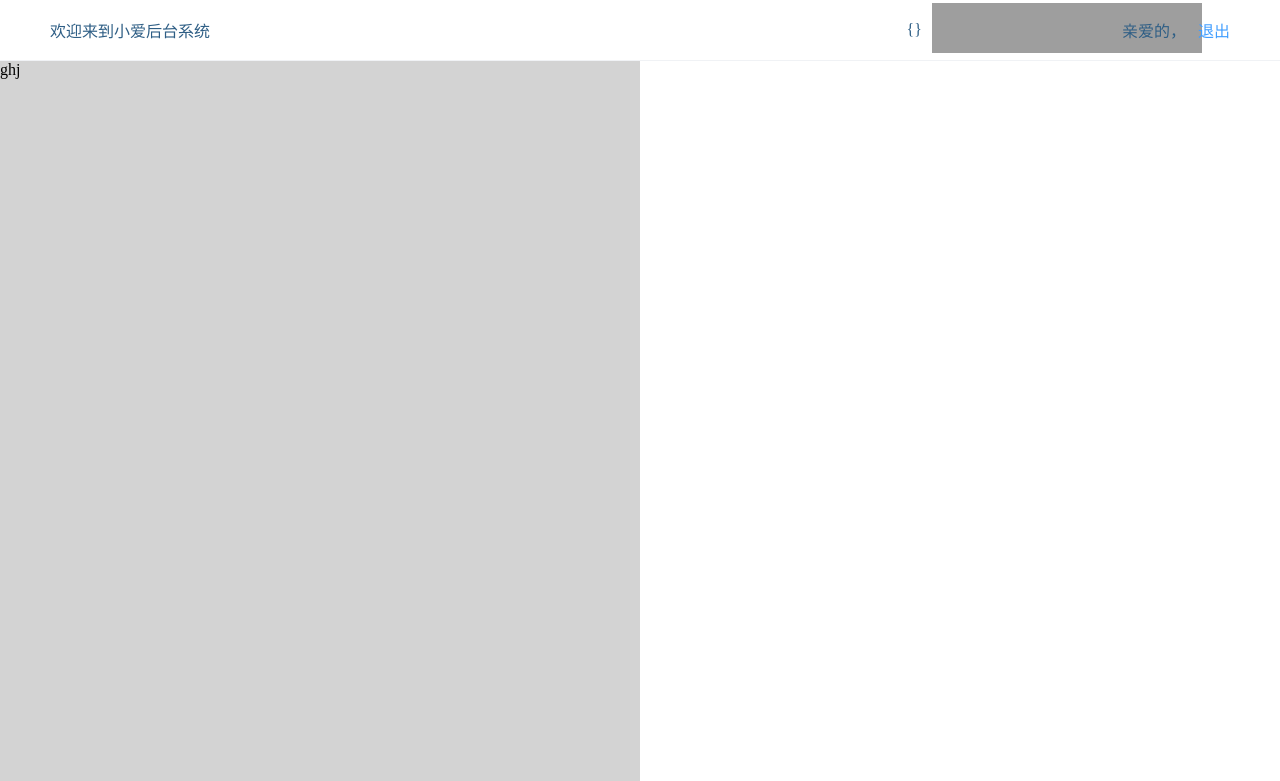
Repository: ZHANG-0714/backstage
Page: /home
These files come from the project's save history. The page is drawn as it stood at one moment and after the next save; the edit follows.
The browser window is 1280 px wide. The pictures show the whole page.
Pictures or frames that could not be fetched are drawn as grey boxes. The project was rebuilt for these pictures with package versions that can differ from the ones it lists, and the page was loaded fresh each time. Also part of the build but not shown: vue.config.js, src/views/Home.vue.

Above is the page before, as saved 2020-08-31 18:05:47.

After the next save:
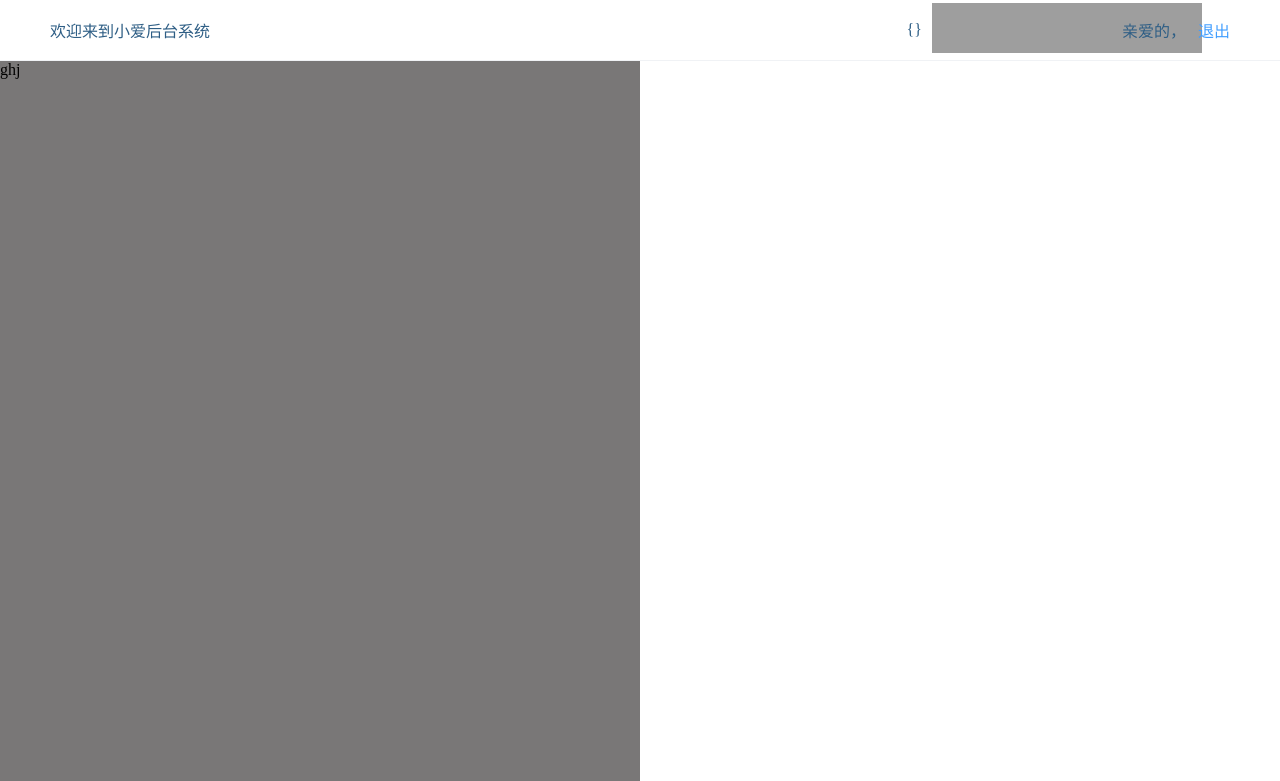
Saved 15 s later.
--- a/src/components/public/Sidebar.vue
+++ b/src/components/public/Sidebar.vue
@@ -24,6 +24,6 @@
 .side{
     width: 50vw;
     height: 100vh;
-    background: lightgrey;
+    background: rgb(121, 119, 119);
 }
 </style>

After the 2 saves that followed:
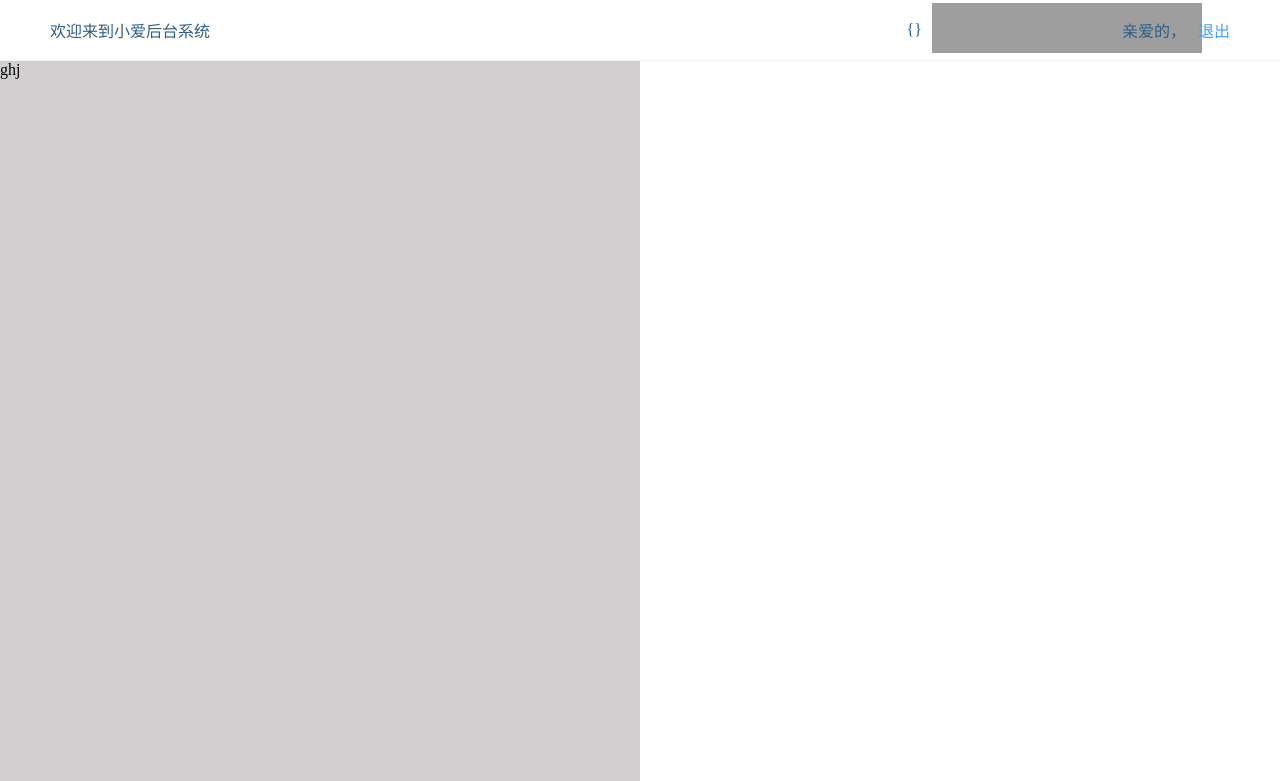
The 2 saves are shown as one change because 1 left the picture as it was.
The last was saved 25 s later.
--- a/src/components/public/Sidebar.vue
+++ b/src/components/public/Sidebar.vue
@@ -1,8 +1,6 @@
 <template>
   <!-- 侧边栏 -->
-  <div class="side">
-      ghj
-  </div>
+  <div class="side">ghj</div>
 </template>
 
 <script>
@@ -21,9 +19,9 @@
 </script>
 
 <style scoped lang='scss'>
-.side{
-    width: 50vw;
-    height: 100vh;
-    background: rgb(121, 119, 119);
+.side {
+  width: 50vw;
+  height: 100vh;
+  background: rgb(209, 207, 207);
 }
 </style>
